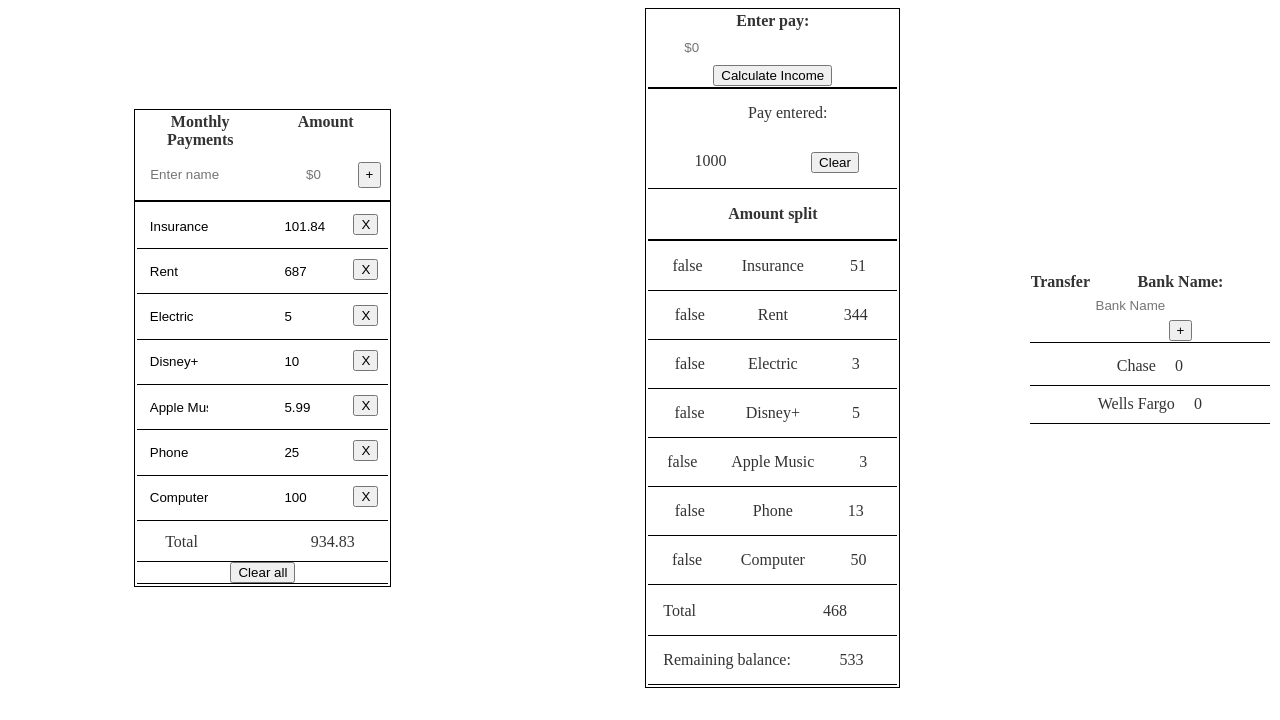
Repository: Kayla-amr/final-project-vue
Page: /
An editor plug-in stored every save of this project. The page is shown before and after a run of saves, followed by the edit.
The browser window is 1280 px wide. The pictures show the whole page.
The project was rebuilt for these pictures with package versions that can differ from the ones it lists, and the page was loaded fresh each time. Also part of the build but not shown: vite.config.js.

Above is the page before, as saved 2023-04-11 17:33:58.

### src/App.vue
<script setup>
import OutcomeForm from './components/OutcomeForm.vue';
import DocumentBudget from './components/DocumentBudget.vue';
import SplitBudget from './components/SplitBudget.vue';
import BankTransfer from './components/BankTransfer.vue';


</script>

<template>
    <div id="app">
        <div class="budgetFormList">
            <outcome-form @add:budget="addBudgets" />
            <document-budget :budgets="budgets" />
        </div>
        <div class="incomeSplitList">
            <split-budget :budgets="budgets" @add:income="addIncomes" :incomes="incomes" />
        </div>
        <div class="bankTransferList">
            <bank-transfer @add:bank="addBanks" :budgets="budgets" :incomes="incomes" :banks="banks" />
        </div>
    </div>
</template>

<script>
export default {
    name: 'app',
    components: {
        OutcomeForm,
        DocumentBudget,
        SplitBudget,
        BankTransfer
    },
    data() {
        return {
            budgets: [
                {
                    id: 1,
                    name: "Insurance",
                    amount: 101.84,
                    selected: false
                },
                {
                    id: 2,
                    name: "Rent",
                    amount: 687,
                    selected: false
                },
                {
                    id: 3,
                    name: "Electric",
                    amount: 5,
                    selected: false
                },
                {
                    id: 4,
                    name: "Disney+",
                    amount: 10,
                    selected: false
                },
                {
                    id: 5,
                    name: "Apple Music",
                    amount: 5.99,
                    selected: false
                },

                {
                    id: 6,
                    name: "Phone",
                    amount: 25,
                    selected: false
                },
                {
                    id: 7,
                    name: "Computer",
                    amount: 100,
                    selected: false
                }
            ],
            incomes: [
                {
                    id: 1,
                    amount: 1000,
                }

            ],
            banks: [
                {
                    id: 1,
                    name: "Chase",
                    amount: 0,
                },
                {
                    id: 2,
                    name: "Wells Fargo",
                    amount: 0,
                }
            ]
        }
    },

    //map method  or filter

    //property in object true or false



    methods: {
        addBudgets(budget) {
            const addId = this.budgets.length > 0 ? this.budgets[this.budgets.length - 1].id : 0;
            const id = addId + 1;

            const newBudgets = {
                id,
                ...budget
            }

            this.budgets = [...this.budgets, newBudgets]

        },
        addIncomes(income) {
            const addId = this.incomes.length > 0 ? this.incomes[this.incomes.length - 1].id : 0;
            const id = addId + 1;

            const newIncomes = {
                id,
                ...income
            }

            this.incomes = [...this.incomes, newIncomes]
        },
        addBanks(bank) {
            const addId = this.banks.length > 0 ? this.banks[this.banks.length - 1].id : 0;
            const id = addId + 1;

            const newBanks = {
                id,
                ...bank
            }

            this.banks = [...this.banks, newBanks]
        },
        transferHere(selectedBudget, selectedBank) {
            const budget = this.budgets.find((b) => b.id === selectedBudget.id);
            const bank = this.banks.find((b) => b.id === selectedBank.id);

            bank.amount += budget.amount;
            budget.amount = 0;

            this.budgets = [...this.budgets];
            this.banks = [...this.banks];
        },


    }
}
</script>

<style>
#app {
    display: flex;
    flex-direction: row;
    align-items: center;
    width: 100%;
    height: 100%;
    color: #333;
}

.budgetFormList {
    width: 100%;
}

.incomeSplitList {
    width: 100%;
}
</style>

### src/components/OutcomeForm.vue
<template>
  <div>
    <form @submit.prevent="handleSubmit" class="outcomeForm">
      <table>
        <thead>
          <tr>
            <th>Monthly Payments</th>
            <th>Amount</th>
          </tr>
        </thead>
        <tbody>
          <tr>
            <td>
              <input class="name" type="text" v-model="budgets.name" placeholder="Enter name...">
            </td>
            <td class="otd">
              <input class="amount" type="text" v-model="budgets.amount" placeholder="$0" />

              <button type="submit">+</button>
            </td>
          </tr>
        </tbody>
      </table>
    </form>
  </div>
</template>

//Look for string in total and make them numbers

<script>

export default {
  name: 'outcome-form',
  data() {
    return {
      budgets: {
        name: "",
        amount:""
      }
    }
  },
  methods: {
    handleSubmit() {
      const budget = {
        name: this.budgets.name,
        amount: this.budgets.amount
      }
      this.$emit('add:budget', budget)
    }
  }
}
</script>

<style>
table{
    width: 100%;
}
.outcomeForm {
    margin: 0 auto;
    width: 50%;
    border: 1px solid black;
    border-collapse: collapse;
}

.outcomeForm th{
  width: 100%;
}
.otd {
  display: flex;
}
.outcomeForm tr{
    border: none;
    justify-content: space-between;

}

input{
  padding: 2% 0;
  margin: 2% ;
  width: inherit;
  border: none;
}

.name{
    width: 50%;
}
.amount{
    width: 50px;
}
</style>

### src/components/DocumentBudget.vue
<template>
    <div class="document-budget">
        <table>
            <tbody>
                <tr class="budgetList" v-for="budget in budgets" :key="budget.id">
                    <td class="name"> <input type="text" v-model="budget.name"></td>
                    <td class="amount"><input type="text" v-model="budget.amount"></td>
                    <td><button @click="removeBudget(budget.id)">X</button></td>
                </tr>
            </tbody>
            <tfoot>
                <tr>
                    <td class="name">Total</td>
                    <td class="amount">{{ total }}</td>
                </tr>
                <tr><button @click="clearAll()">Clear all</button></tr>
            </tfoot>
        </table>
    </div>

</template>

<script>
export default {
    name: 'document-budget',
    props: {
        budgets: Array
    },
    computed: {
        total() {
    return this.budgets.reduce((total, budget) => {
      return total + parseFloat(budget.amount)
    }, 0)
  }

    },
    methods: {
        removeBudget(id) {
            const index = this.budgets.findIndex(budget => budget.id === id)
            this.budgets.splice(index, 1)
        },
        clearAll(){
            this.budgets.splice(0, this.budgets.length)
        },
    }
}
</script>

<style>
.document-budget {
    margin: 0 auto;
    width: 50%;
    border: 1px solid black;
    border-collapse: collapse;
}
tr{
    width: 100%;
    display: flex;
    border: none;
    justify-content: center;
    border-bottom: 1px solid black;

}
td{
    border: none;
    padding: 2%;
    margin: 2%;
}

tfoot td{
    width: 100%;
}
.document-budget .amount button{
    margin-left: 10px;
}
.amount{
    display: flex;
    flex-direction: row;
    align-items: center;
}

.budgetDivided{
    width: 20%;
}

.budgetDivided td{
    padding: 10px;
    display: flex;
    justify-content: center;
}

</style>

### src/components/SplitBudget.vue
<template>
    <div>
        <table>
            <thead>

            </thead>
            <tbody>

            </tbody>
        </table>
    </div>
    <div>
        <table class="budgetDivided">
            <thead>
                <tr>
                    <th>
                        <form @submit.prevent="handleSubmit">
                            <label for="amount">Enter pay:</label>
                            <input type="text" id="amount" v-model="income.amount" placeholder="$0" />
                            <button type="submit">Calculate Income</button>
                        </form>
                    </th>
                </tr>

                <td>Pay entered: </td>
                <tr v-for="income in incomes" :key="income.id">
                    <td>{{ income.amount }}</td>
                    <td> <button type="delete" @click="deleteIncome(income.id)">Clear</button></td>
                </tr>
                <tr>
                    <th>
                    <td>Amount split</td>
                    </th>

                </tr>

            </thead>
            <tbody>

                <tr v-for="budget in budgets" :key="budget.id" @click="selectBudget(budget)">
                    <td>{{ budget.selected }}</td>
                    <td>{{ budget.name }}</td>

                    <td>
                        {{ Math.ceil(budget.amount / 2) }}
                    </td>
                </tr>
            </tbody>
            <tfoot>
                <tr>
                    <td class="name">Total</td>
                    <td class="amount totalDivided">{{ Math.ceil(totalDivided) }}</td>
                </tr>
                <tr v-for="income in incomes" :key="income.id">
                    <td>Remaining balance:</td>
                    <td>{{ Math.ceil(income.amount - totalDivided) }}</td>
                </tr>
            </tfoot>
        </table>
    </div>
</template>

<script>
export default {
    name: 'split-budget',
    props: {
        budgets: Array,
        incomes: Array,
        banks: Array
    },
    emits: ['add:income'],
    computed: {
        total() {
            return this.budgets.reduce((total, budget) => {
                return total + budget.amount
            }, 0)
        },
        totalDivided() {
            return this.budgets.reduce((total, budget) => {
                return total + budget.amount / 2
            }, 0)
        }

    },
    data() {
        return {
            income: {
                name: '',
                amount: ''
            }
        }
    },
    methods: {
        handleSubmit() {
            this.$emit('add:income', this.income)
            this.income = {
                name: '',
                amount: ''
            }
        },
        deleteIncome(id) {
            const index = this.incomes.findIndex(income => income.id === id)
            this.incomes.splice(index, 1)
        },
    }
}
</script>

<style>
.budgetDivided {
    margin: 0 auto;
    width: 50%;
    border: 1px solid black;
}

.budgetDivided th {
    width: 100%;
    display: flex;
    justify-content: center;
    border-bottom: 1px solid black;
}

.budgetDivided td {
    width: 100%;
    display: flex;
    white-space: nowrap;
}

.budgetDivided .name {
    display: flex;
    justify-content: flex-start;
}
</style>

### src/components/BankTransfer.vue
<template>
    <div>
        <form @submit.prevent="handleSubmit">
            <table>
                <thead>
                    <tr>
                        <th>
                            Transfer
                        </th>
                        <th>
                            <label for="name">Bank Name:</label>
                            <input type="text" id="bankName" v-model="bank.name" placeholder="Bank Name" />
                            <button type="submit">+</button>
                        </th>
                    </tr>
                </thead>
            </table>
        </form>
    </div>
    <div>
        <table>
            <tbody>

                <tr v-for="bank in banks" :key="bank.id" @click="selectBank(bank)">
                    <td>{{ bank.name }}</td>
                    <td>{{ bank.amount }}</td>
                </tr>

            </tbody>
        </table>
    </div>
</template>

<script>
export default {
    name: 'bank-transfer',
    props: {
        banks: Array
    },
    emits: ['add:bank'],
    computed: {
        total() {
            return this.banks.reduce((total, bank) => total + bank.amount, 0)
        }

    },
    data() {
        return {
            bank: {
                name: '',
                amount: 0
            },
            selectedBudget: null,
            selectedBank: null,
        }
    },
    methods: {
        removeBank(id) {
            const index = this.banks.findIndex(bank => bank.id === id)
            // eslint-disable-next-line vue/no-mutating-props
            this.banks.splice(index, 1)
        },
        handleSubmit() {
            this.$emit('add:bank', this.bank)
            this.bank = {
                name: "",
                amount: 0
            }
        },
        selectBudget(budget) {
            this.selectedBudget = budget;
        },
        selectBank(bank) {
            this.selectedBank = bank;
        }

    }
}
</script>

Loaded but not shown: index.html (common file); src/main.js (common file)

After the next 2 saves:
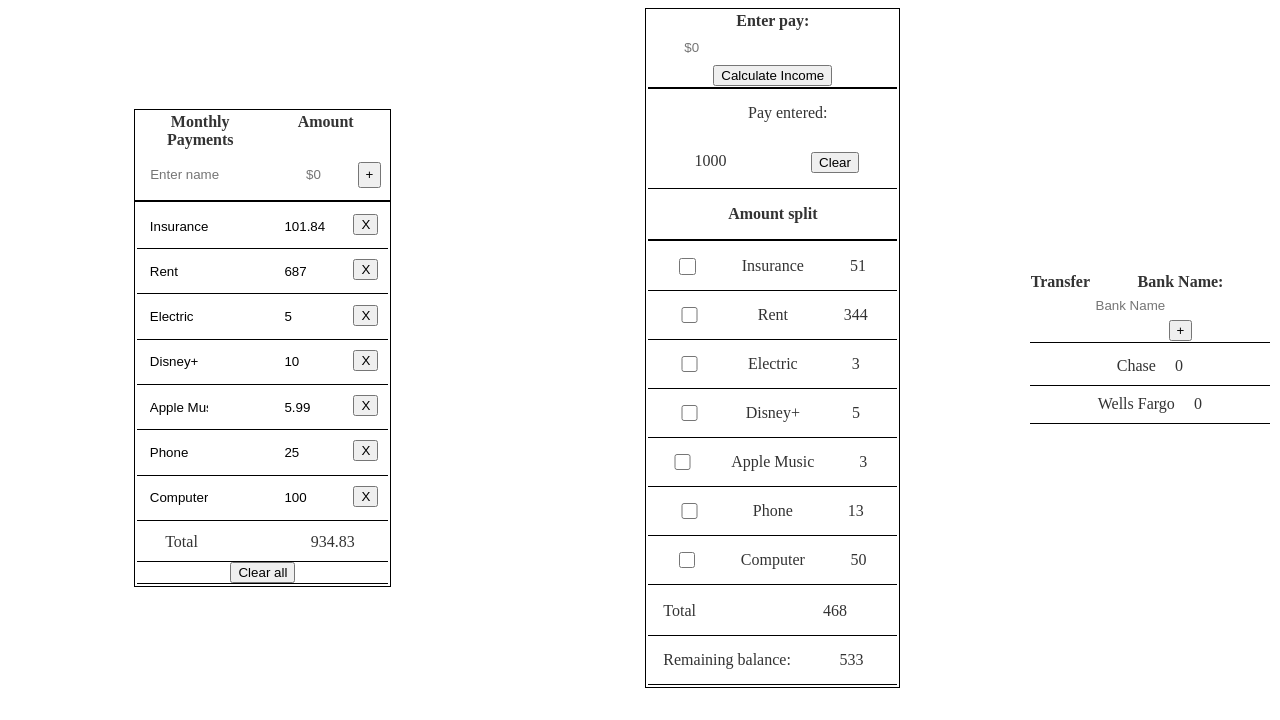
The 2 saves are shown as one change because they came seconds apart.
The last was saved 42 s later.
--- a/src/components/SplitBudget.vue
+++ b/src/components/SplitBudget.vue
@@ -38,7 +38,9 @@
             <tbody>
 
                 <tr v-for="budget in budgets" :key="budget.id" @click="selectBudget(budget)">
-                    <td>{{ budget.selected }}</td>
+                    <td>
+                        <input type="checkbox" :checked="budget.selected" />
+                    </td>
                     <td>{{ budget.name }}</td>
 
                     <td>
